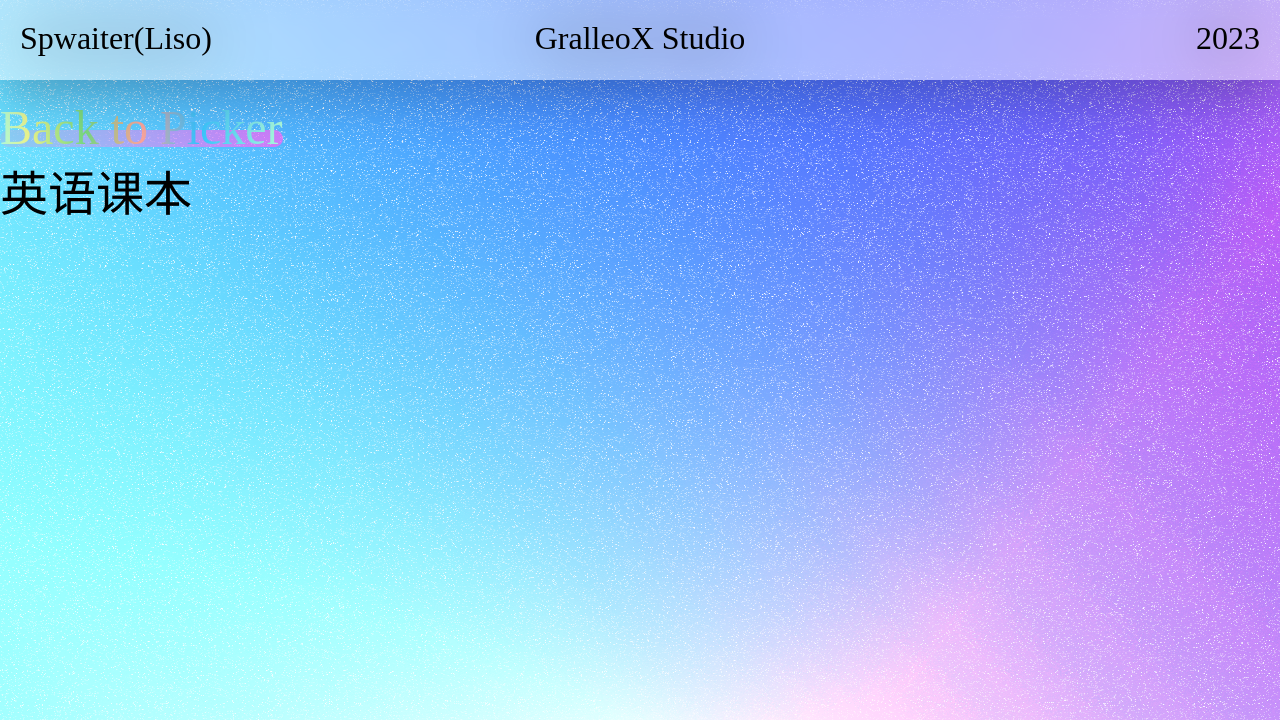
Repository: Lisu-Liso/page
Page: English/English04.html
The author's editor kept a copy of each file at every save. The page is drawn from the files as they stood at one save, then again after a run of saves.
The browser window is 1280 px wide. The pictures show the whole page.
The page's requests for data from a server got no answer.

Above is the page before, as saved 2024-03-23 18:29:31.

After the next 2 saves:
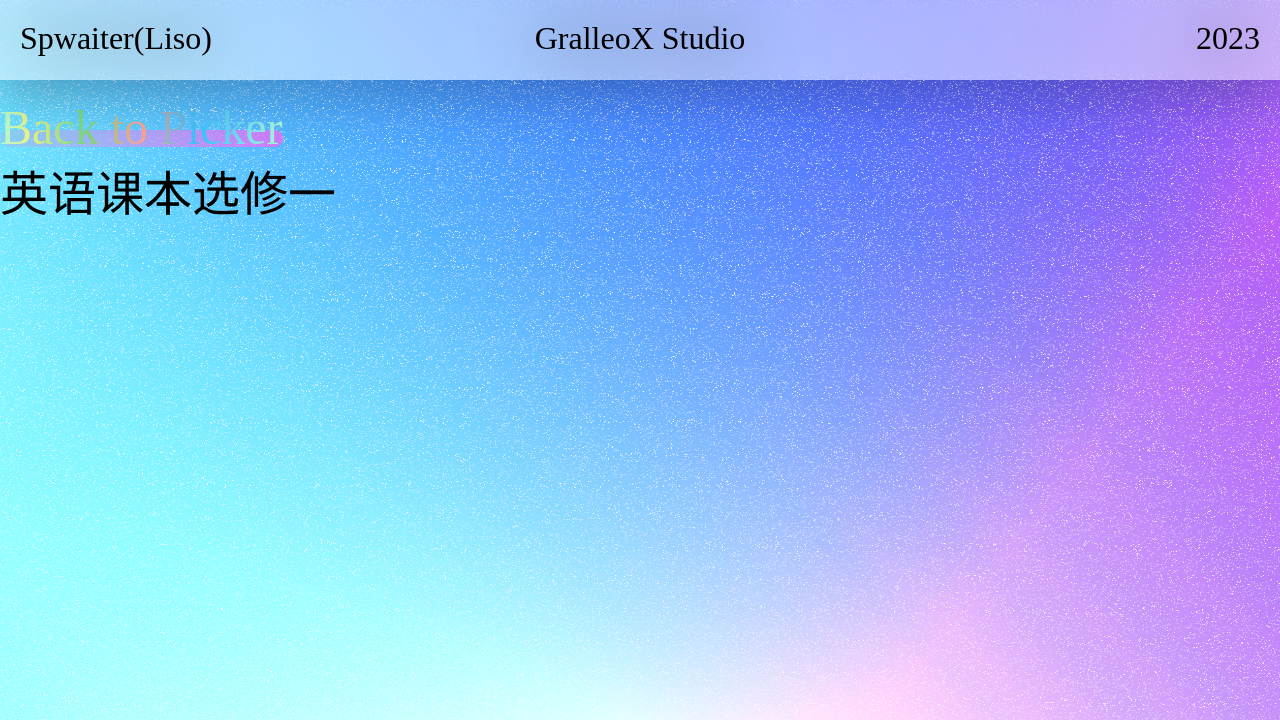
The 2 saves are shown as one change because they came seconds apart.
The last was saved 5 s later.
--- a/English/English04.html
+++ b/English/English04.html
@@ -180,7 +180,7 @@
     <a class="newbutton" onclick="backtopicker()"><font class="article-header--title" size="7">Back to Picker</font></a>
     <br>
     <div id="controller">
-        <font size="7" color="black">英语课本</font>
+        <font size="7" color="black">英语课本选修一</font>
     </div>
     <div class="headerblock">
         <div class="centertext"><font size="6">GralleoX Studio</font></div>
